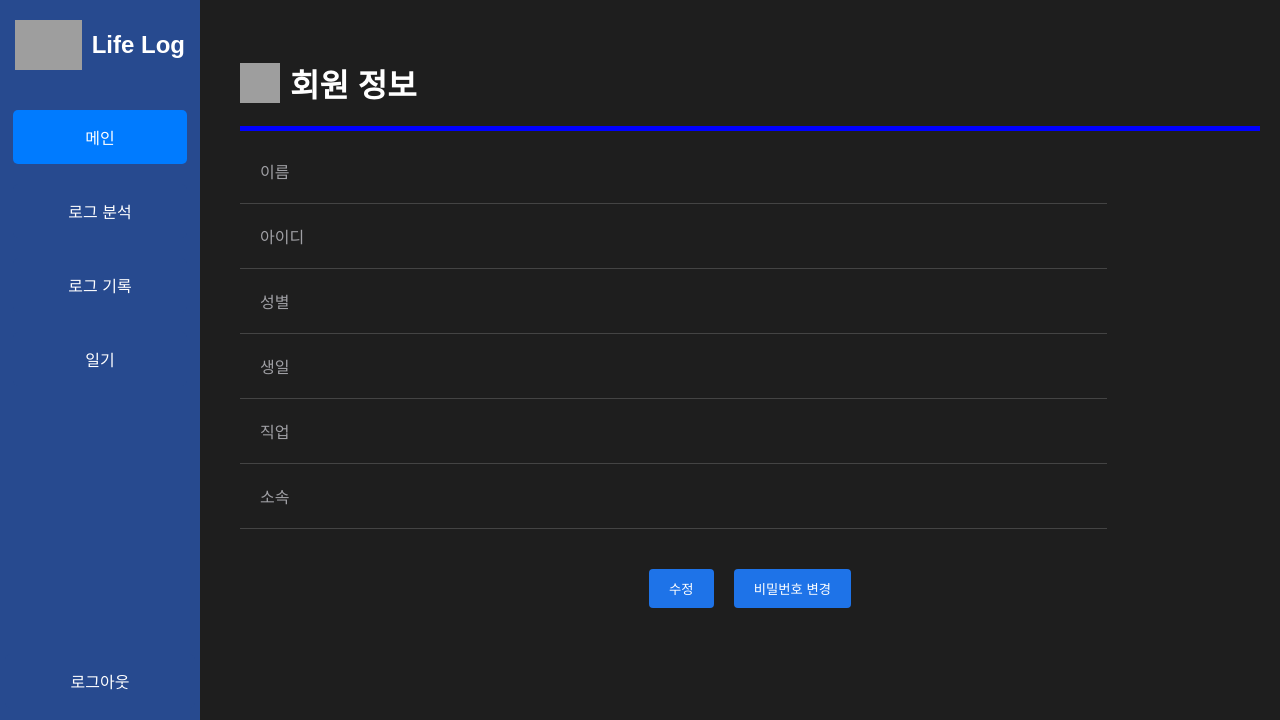
Repository: Hyuk-II/2-2
Page: http://localhost/LifeLog/profile.jsp
These files come from the project's save history. The page is drawn as it stood at one moment and after the next save; the edit follows.
The browser window is 1280 px wide. The pictures show the whole page.
Pictures or frames that could not be fetched are drawn as grey boxes. The page is served by Tomcat 9. The session is filled in as if someone had signed in: {"email": "test@example.com", "name": "Test User"}. Queries for data that is not in the repository find no rows.

Above is the page before, as saved 2024-12-14 12:09:28.

After the next save:
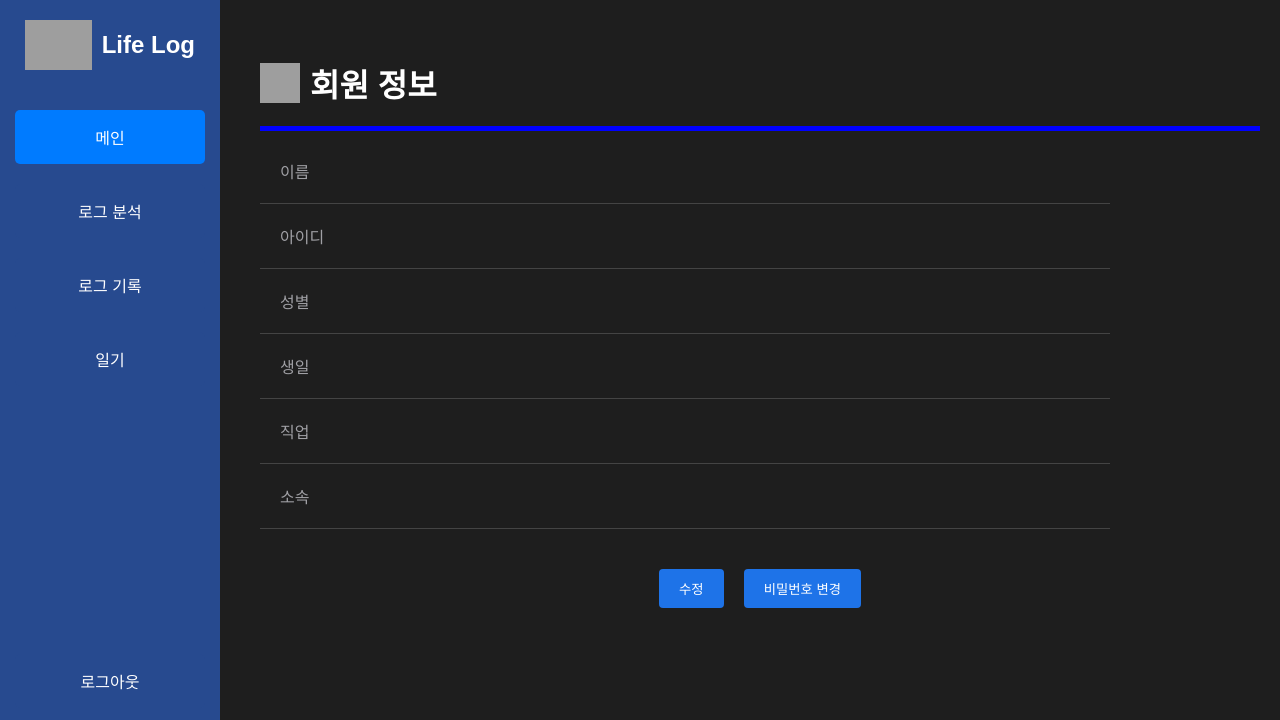
Saved 37 s later.
--- a/웹 프로그래밍/LifeLog/src/main/webapp/profile.jsp
+++ b/웹 프로그래밍/LifeLog/src/main/webapp/profile.jsp
@@ -23,16 +23,14 @@
         }
 
         .menu-bar {
-            width:200px;
-            background-color: #274a8f;
-            display: flex;
-            flex-direction: column;
-            align-items: center;
-            padding: 20px 10px;
-            gap: 20px;
-            height: 100%;
-            box-sizing: border-box;
-        }
+			width : 200px;
+        	background-color: #274a8f;
+        	display: flex;
+        	flex-direction: column;
+        	align-items: center;
+        	padding: 20px 10px;
+        	gap: 20px;
+		}
 
         .menu-item {
             display: flex;
